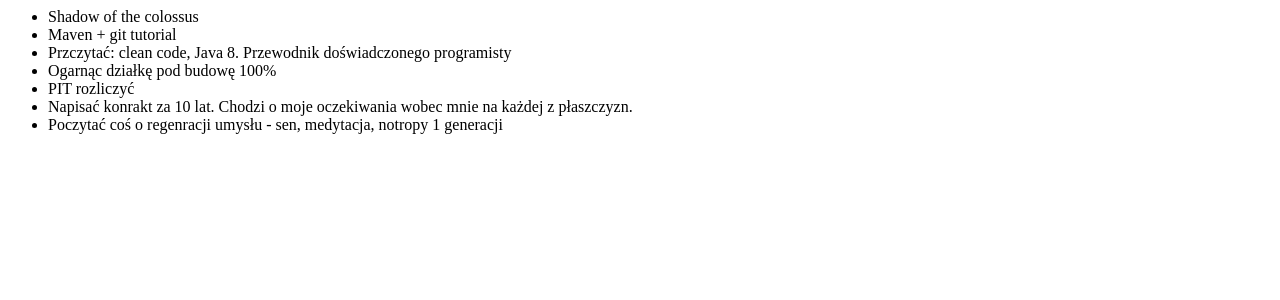
Repository: enril/enril.github.io
Page: index.html
The author's editor kept a copy of each file at every save. The page is drawn from the files as they stood at one save, then again after the next save.
The browser window is 1280 px wide. The pictures show the whole page.

Above is the page before, as saved 2019-04-14 22:58:17.

After the next save:
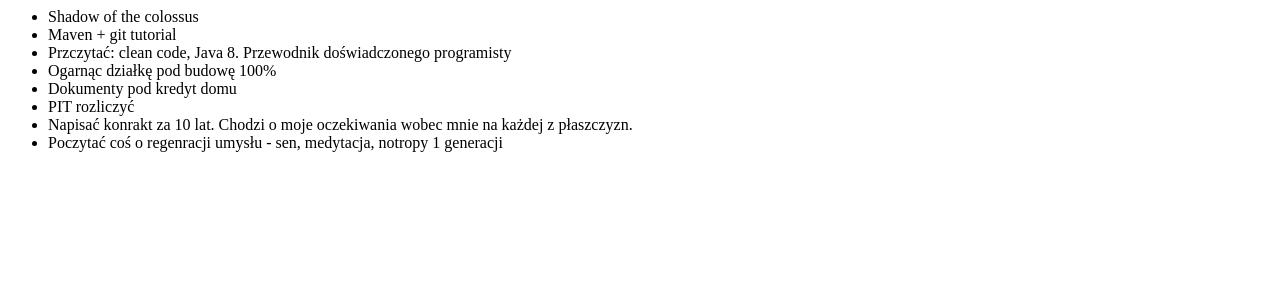
Saved 34 s later.
--- a/index.html
+++ b/index.html
@@ -5,6 +5,7 @@
       <li>Maven + git tutorial</li>
       <li>Przczytać: clean code, Java 8. Przewodnik doświadczonego programisty</li>
       <li>Ogarnąc działkę pod budowę 100%</li>
+      <li>Dokumenty pod kredyt domu</li>
       <li>PIT rozliczyć</li>
       <li>Napisać konrakt za 10 lat. Chodzi o moje oczekiwania wobec mnie na każdej z płaszczyzn.</li>
       <li>Poczytać coś o regenracji umysłu - sen, medytacja, notropy 1 generacji</li>
